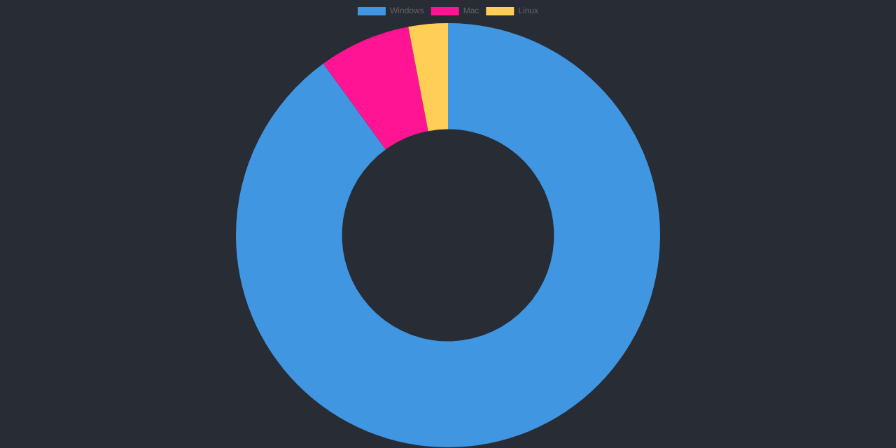
Repository: ShunsukeTanizaki/COVID19-Live
Page: /
The author's editor kept a copy of each file at every save. The page is drawn from the files as they stood at one save, then again after a run of saves.
The browser window is 1280 px wide. The pictures show the part of the page from y = 1280 to 3200 px (the page is 1920 px tall before and 3200 px after), at 70% of full size.
The project was rebuilt for these pictures with package versions that can differ from the ones it lists, and the page was loaded fresh each time.

Above is the page before, as saved 2020-11-06 00:02:51.

After the next 3 saves:
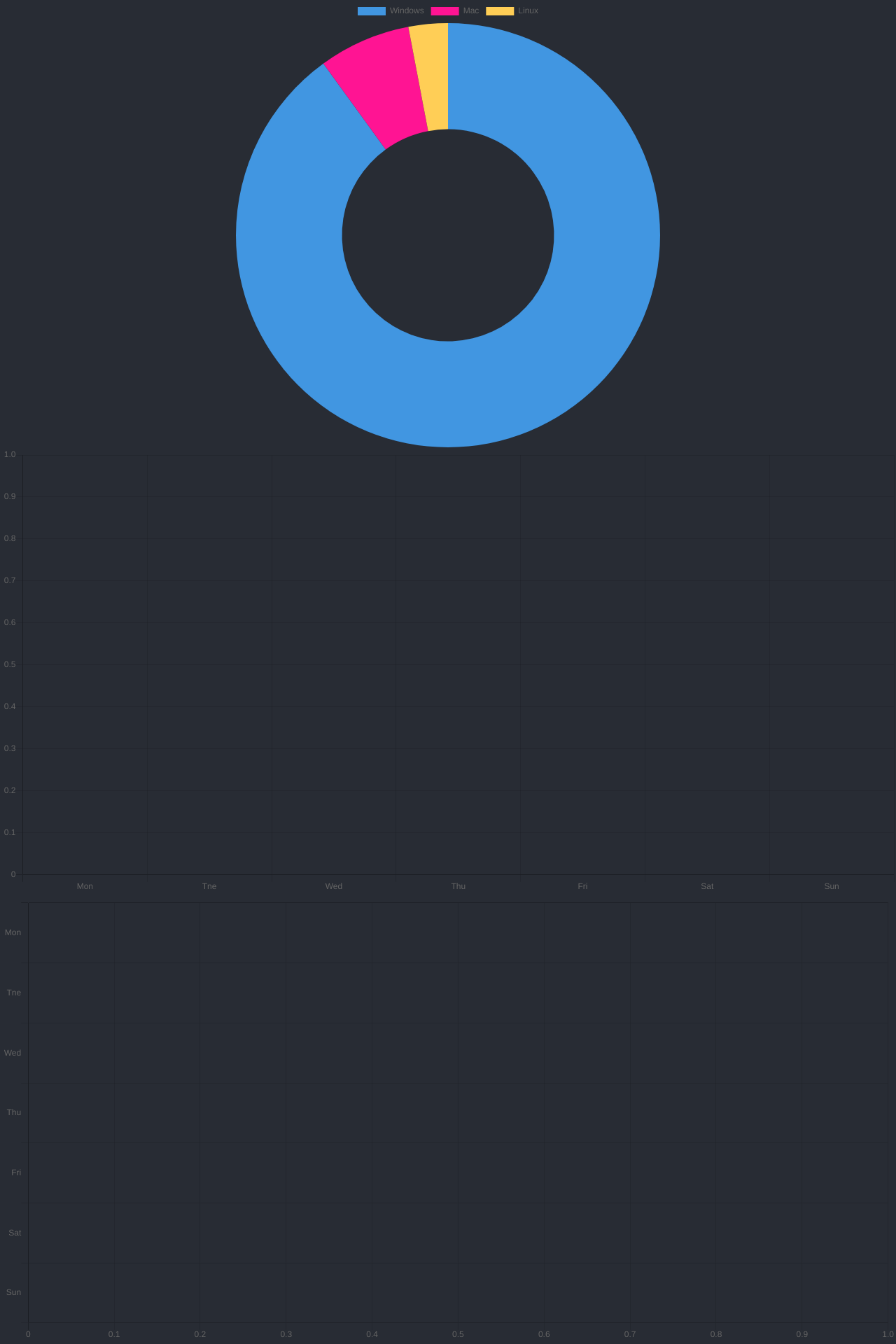
The 3 saves are shown as one change because 2 did not build or start.
The last was saved 36 s later.
--- a/src/App.tsx
+++ b/src/App.tsx
@@ -3,12 +3,14 @@ import logo from "./logo.svg";
 import "./App.css";
 import LinePlot from "./components/LinePlot";
 import PiePlot from "./components/PiePlot";
+import BarPlot from "./components/BarPlot";
 
 function App() {
     return (
         <div className="App">
             <LinePlot />
             <PiePlot />
+            <BarPlot />
         </div>
     );
 }
